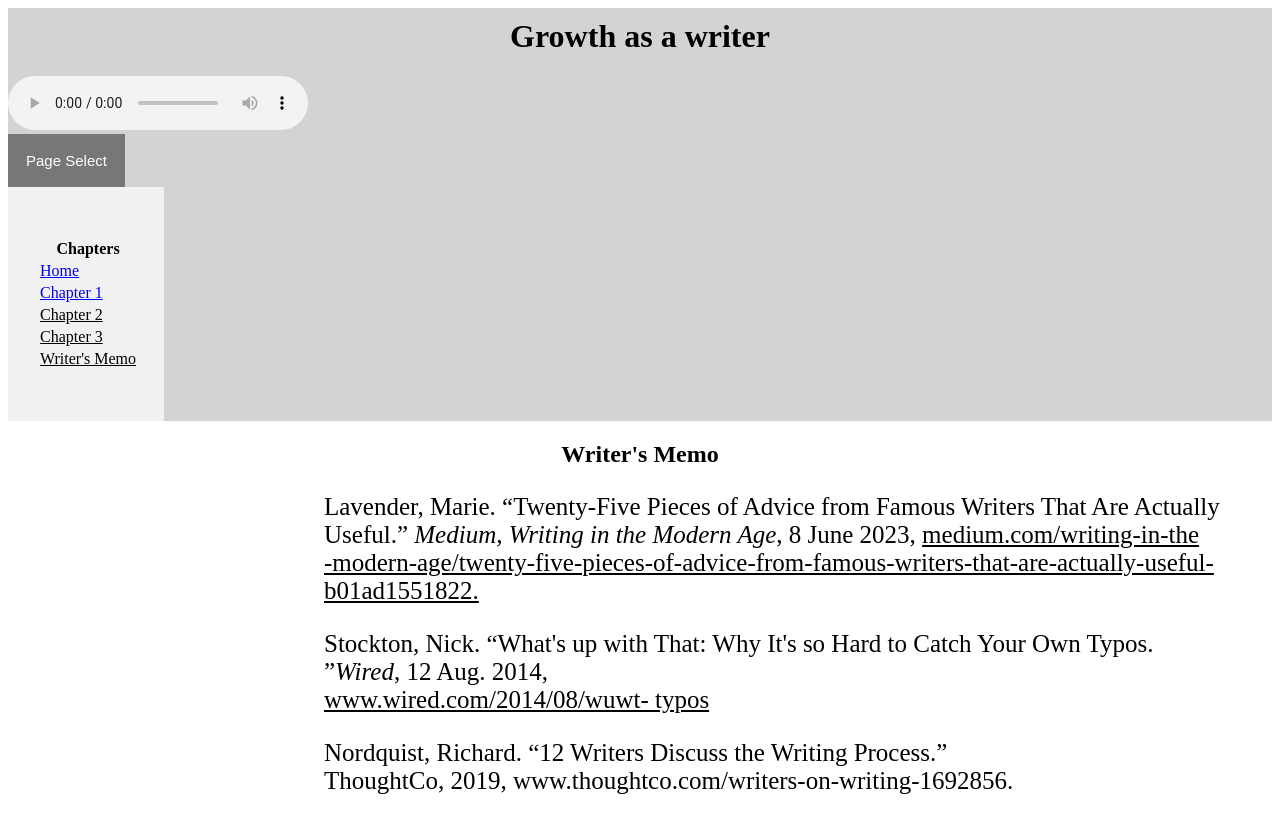
Repository: jpaisiem/WP-4
Page: WorksCited.html
These files come from the project's save history. The page is drawn as it stood at one moment and after a run of saves; the edit follows.
The browser window is 1280 px wide. The pictures show the whole page.

Above is the page before, as saved 2025-05-01 12:18:49.
Console error: TypeError: Cannot read properties of undefined (reading 'toggle')

After the next 2 saves:
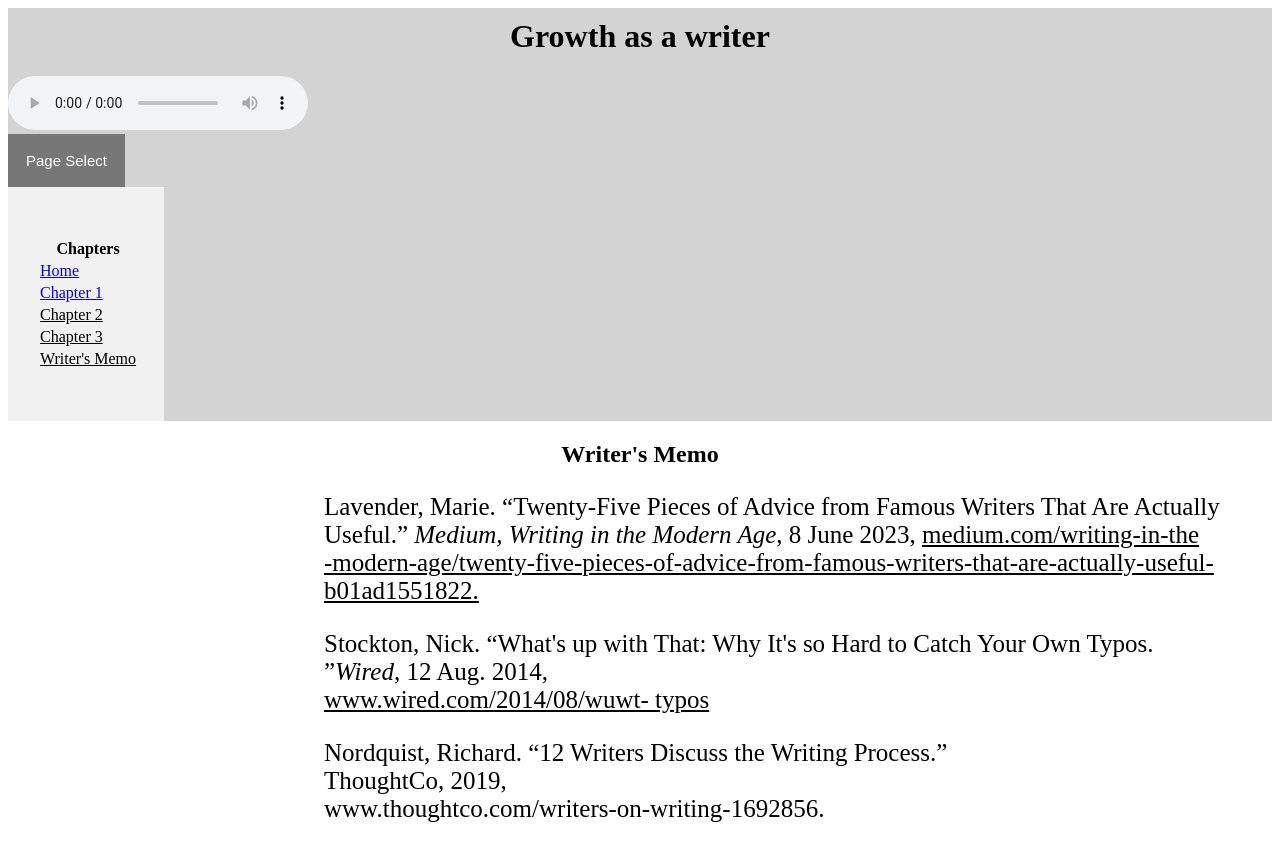
The 2 saves are shown as one change because they came seconds apart.
The last was saved 16 s later.
--- a/WorksCited.html
+++ b/WorksCited.html
@@ -91,7 +91,7 @@ li
      typos</u><br>
 </p>
 <p>
-  Nordquist, Richard. <q>12 Writers Discuss the Writing Process.</q> <br>ThoughtCo, 2019, www.thoughtco.com/writers-on-writing-1692856.
+  Nordquist, Richard. <q>12 Writers Discuss the Writing Process.</q> <br>ThoughtCo, 2019,<br> www.thoughtco.com/writers-on-writing-1692856.
 
 ‌
 </p>
